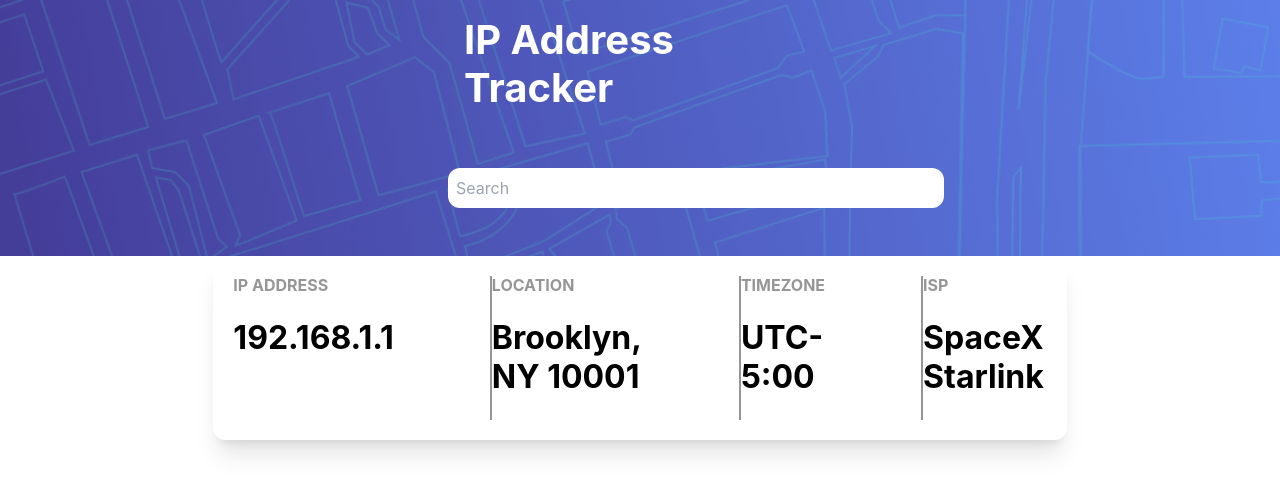
Repository: Dealsy/IP-Tracker
Page: /
An editor plug-in stored every save of this project. The page is shown before and after the next save, followed by the edit.
The browser window is 1280 px wide. The pictures show the whole page.
The project was rebuilt for these pictures with package versions that can differ from the ones it lists, and the page was loaded fresh each time. The framework's server and built-in components were replaced by stand-ins that run in the browser. Also part of the build but not shown: next.config.js.

Above is the page before, as saved 2022-04-21 22:04:17.

### pages/index.js
import Head from "next/head";

export default function Home() {
  return (
    <div>
      <Head>
        <title>Create Next App</title>
        <meta name="description" content="Generated by create next app" />
        <link rel="icon" href="/favicon.ico" />
      </Head>

      <main>
        <div className="bg-Backdrop h-64 bg-no-repeat	 bg-cover">
          <h1 className="text-white w-96 m-auto p-4">IP Address Tracker</h1>
          <div className="w-96 m-auto">
            <input
              className="p-2 w-115 mt-10 rounded-xl"
              type="search"
              placeholder="Search"
            />
          </div>
        </div>

        <div className="flex flex-row justify-evenly border-0 shadow-xl w-4/6 m-auto rounded-xl p-5">
          <div className=" border-r-2 border-Gray pr-24">
            <h3>IP ADDRESS</h3>
            <h2> 192.168.1.1 </h2>
          </div>
          <div className=" border-r-2 border-Gray pr-24">
            <h3> LOCATION </h3>
            <h2> Brooklyn, NY 10001 </h2>
          </div>
          <div className=" border-r-2 border-Gray pr-24">
            <h3>TIMEZONE</h3>
            <h2> UTC-5:00 </h2>
          </div>
          <div>
            <h3>ISP</h3>
            <h2>SpaceX Starlink</h2>
          </div>
        </div>
      </main>

      <footer></footer>
    </div>
  );
}

### styles/globals.css
@tailwind base;
@tailwind components;
@tailwind utilities;


h1 {
  font-size: 2.5rem;
  font-weight: 700;
  line-height: 1.2;
  margin-bottom: 1.5rem;
}

h2 {
  font-size: 2rem;
  font-weight: 700;
  line-height: 1.2;
  margin-bottom: 1.5rem;
}

h3 {
  font-size: 1rem;
  font-weight: 700;
  line-height: 1.2;
  margin-bottom: 1.5rem;
  color: #969696;
}


html,
body {
  padding: 0;
  margin: 0;
  font-family: -apple-system, BlinkMacSystemFont, Segoe UI, Roboto, Oxygen,
    Ubuntu, Cantarell, Fira Sans, Droid Sans, Helvetica Neue, sans-serif;
}

a {
  color: inherit;
  text-decoration: none;
}

* {
  box-sizing: border-box;
}

### tailwind.config.js
module.exports = {
  content: [
    "./pages/**/*.{js,ts,jsx,tsx}",
    "./components/**/*.{js,ts,jsx,tsx}",
  ],
  theme: {
    extend: {
      colors: {
        "Dark-Gray": "#2b2b2b",
        Gray: "#969696",
      },
      backgroundImage: {
        Backdrop: "url('../images/pattern-bg.png')",
      },
      width: {
        100: "28rem",
        105: "29rem",
        110: "30rem",
        115: "31rem",
      },
    },
  },
  plugins: [],
};

Loaded but not shown: pages/_app.js (common file)

After the next save:
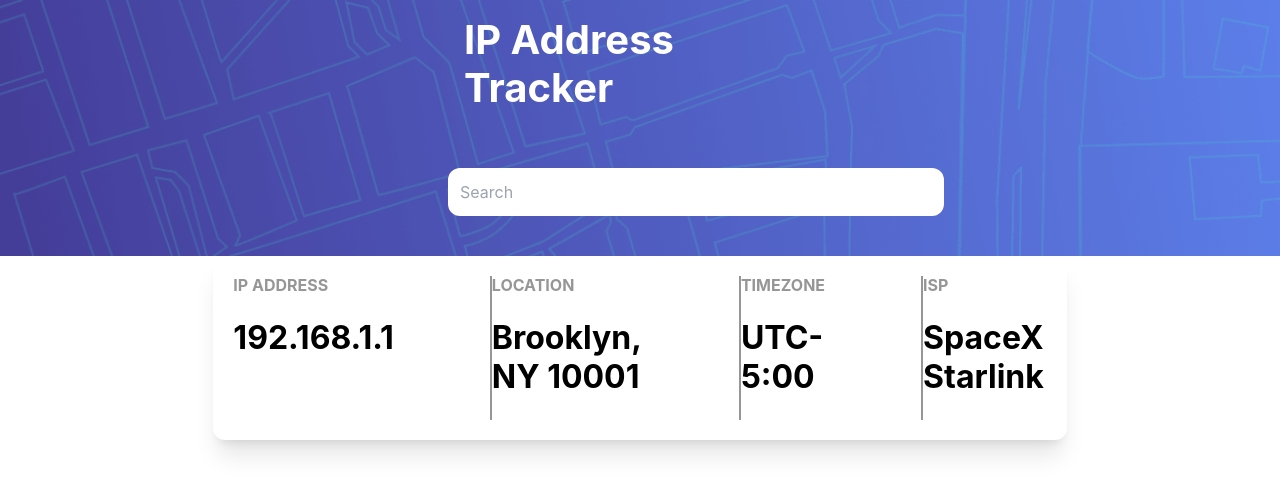
Saved 5 s later.
--- a/pages/index.js
+++ b/pages/index.js
@@ -14,7 +14,7 @@ export default function Home() {
           <h1 className="text-white w-96 m-auto p-4">IP Address Tracker</h1>
           <div className="w-96 m-auto">
             <input
-              className="p-2 w-115 mt-10 rounded-xl"
+              className="p-3 w-115 mt-10 rounded-xl"
               type="search"
               placeholder="Search"
             />
